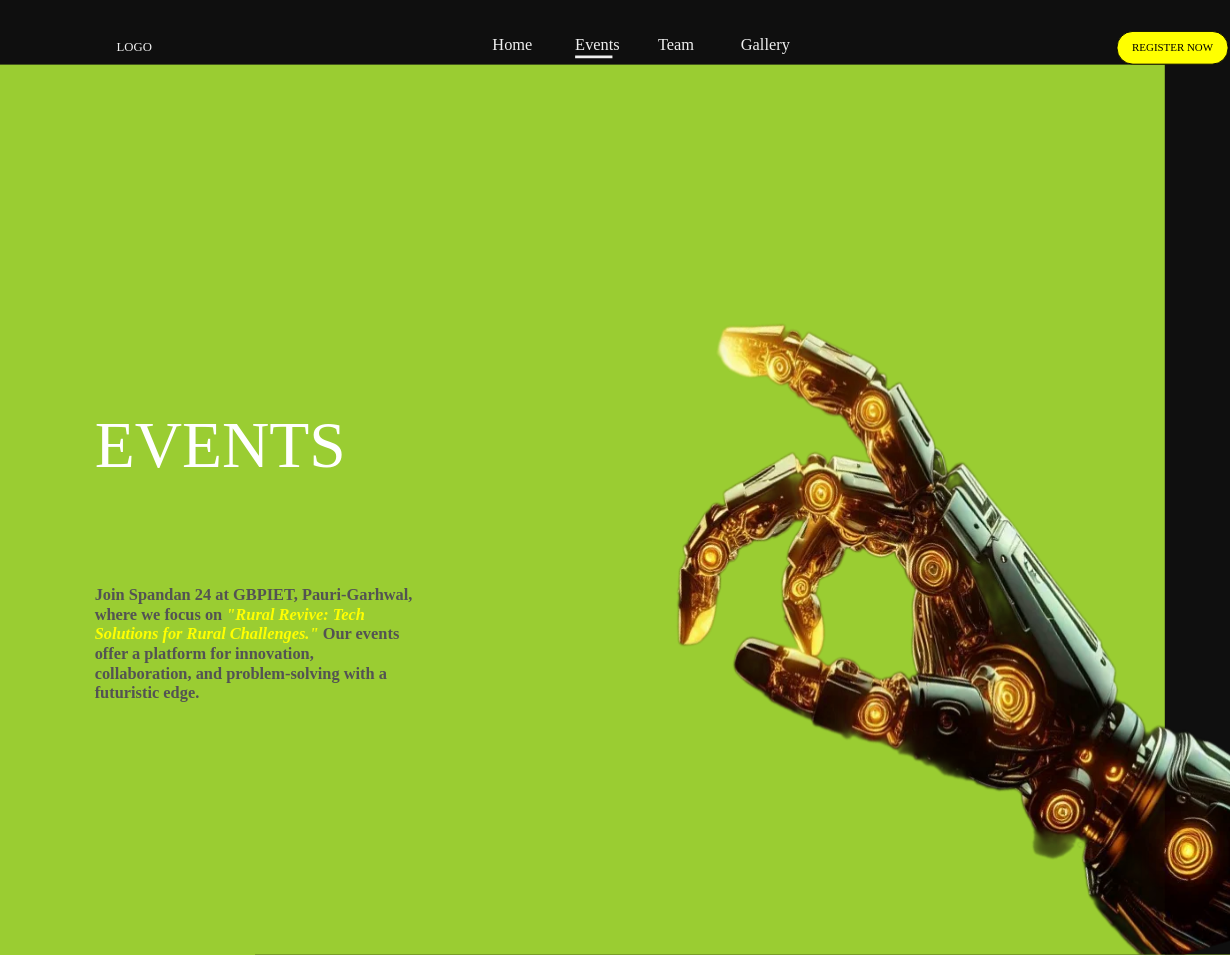
Repository: s4bbi/spandan-3.0
Page: /
An editor plug-in stored every save of this project. The page is shown before and after a run of saves, followed by the edit.
The browser window is 1280 px wide. The page is 1352 px wide, so the pictures cover 1352 px, including what lies to the right of the window. The pictures show the whole page, at 91% of full size.
The project was rebuilt for these pictures with package versions that can differ from the ones it lists, and the page was loaded fresh each time. Also part of the build but not shown: vite.config.js, src/pages/Events/Events.jsx.

Above is the page before, as saved 2024-11-02 02:57:19.

After the next 2 saves:
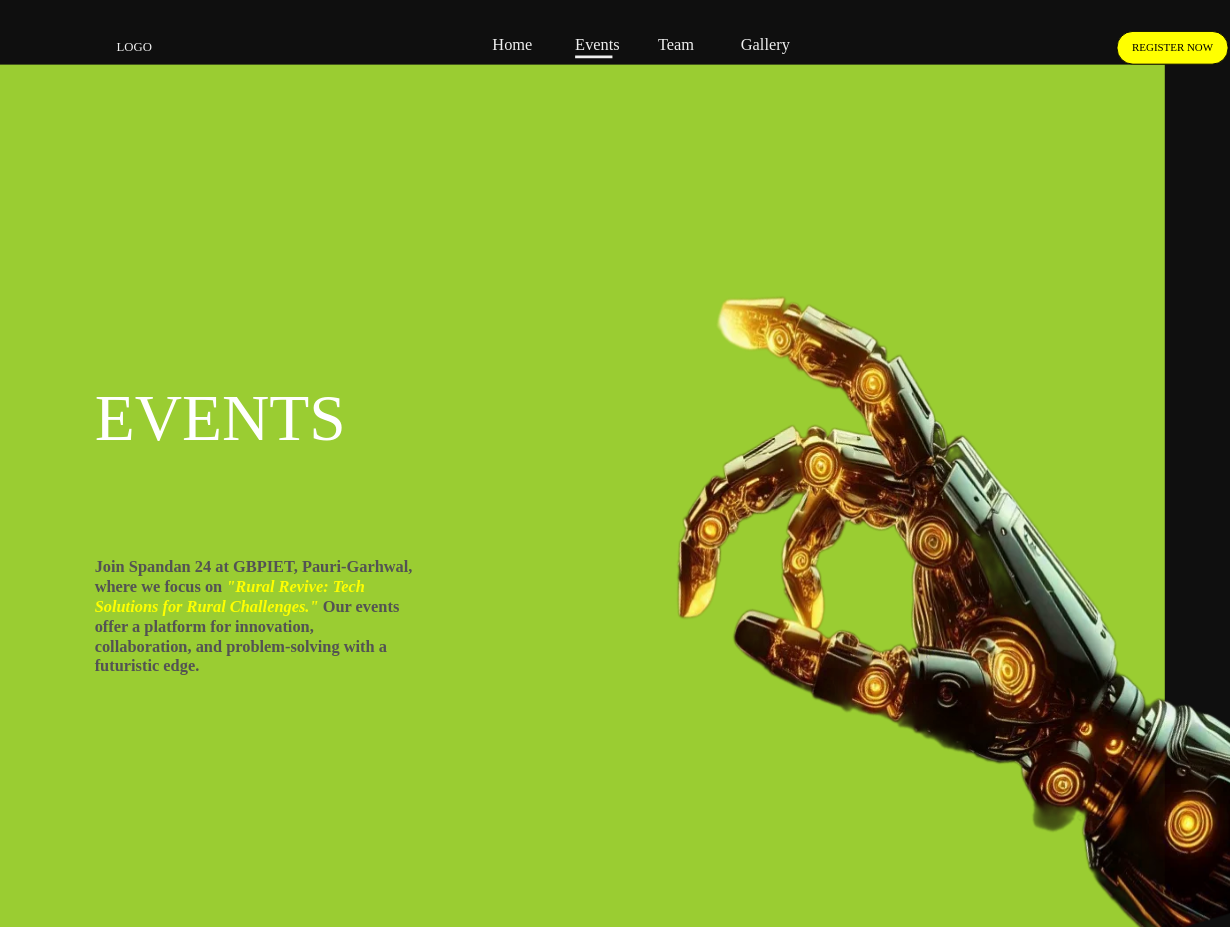
The 2 saves are shown as one change because they came seconds apart.
The last was saved 9 s later.
--- a/src/components/HeroSection/HeroSection.css
+++ b/src/components/HeroSection/HeroSection.css
@@ -2,7 +2,7 @@
     display: flex;
     align-items: center;
     justify-content: space-between;
-    padding-top: 80px;
+    padding-top: 50px;
     background-color: yellowgreen;
     /* padding-top: 50px;
     max-width: 1200px;
